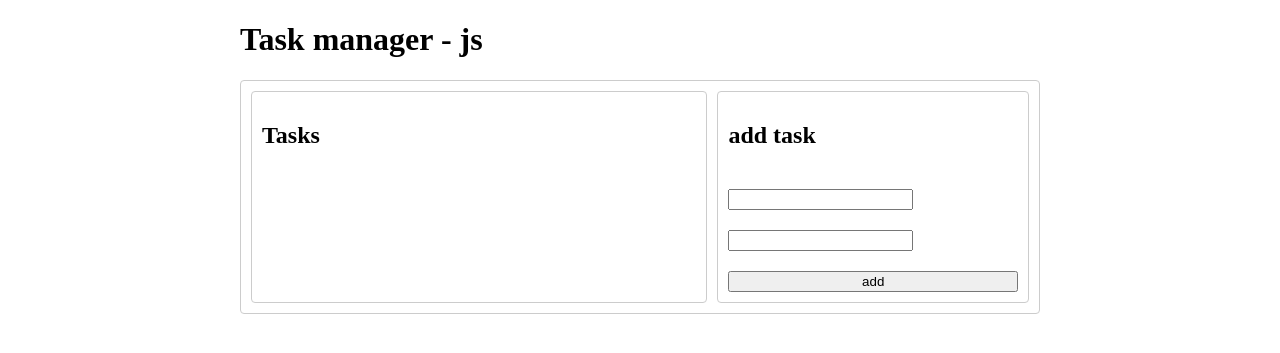
Repository: iKrekus/taskmgr-js
Page: index.html
The author's editor kept a copy of each file at every save. The page is drawn from the files as they stood at one save, then again after the next save.
The browser window is 1280 px wide. The pictures show the whole page.

Above is the page before, as saved 2024-03-15 13:29:01.

### index.html
<!DOCTYPE html>
<html>
<head>
  <meta charset='utf-8'>
  <meta http-equiv='X-UA-Compatible' content='IE=edge'>
  <title>Task manager - js</title>
  <meta name='viewport' content='width=device-width, initial-scale=1'>
  <link rel='stylesheet' type='text/css' media='screen' href='style.css'>
</head>
<body>
<main class="task-mgr">
  <h1>Task manager - js</h1>
  <div class="task-mgr__container container">
    <div class="task-mgr__tasks-box container">
      <h2>Tasks</h2>
      <ul class="task-mgr__list">
      </ul>
    </div>
    <div class="task-mgr__add-task container">
      <h2>add task</h2>
      <label for="title">
        <input type="text" name="title" id="task-title" class="task-mgr__field">
      </label>
      <label for="description">
        <input type="text" name="description" id="task-description" class="task-mgr__field">
      </label>
      <button type="button" class="btn btn__add" id="btn-add">add</button>
    </div>
  </div>
</main>
<template id="task-tmpl">
  <li>
  <p class="task-title"></p>
  <p class="task-description"></p>
  <button type="button" class="btn btn__remove">Clear</button>
  </li>
</template>
<script src='app.js'></script>
</body>
</html>

### style.css
.task-mgr {
  max-width: 800px;
  margin: 0 auto;
}

li {
  list-style-type: none;
  padding: 0;
}

.task-mgr__container {
  display: flex;
  gap: 10px;
}

.task-mgr__tasks-box {
  width: 60%;
}

.task-mgr__add-task {
  width: 40%;
  display: flex;
  flex-direction: column;
  gap: 20px;
}

.task-mgr-btn {
  width: 100%;
}

.container {
  border: 1px solid #cccccc;
  border-radius: 4px;
  padding: 10px;
}

### app.js
const taskTitleField = document.querySelector('#task-title');
const taskDescriptionField = document.querySelector('#task-description');
const buttonAdd = document.querySelector('#btn-add');
const taskTitle = document.querySelector('.task-mgr__list');
const taskTemplate = document.querySelector('#task-tmpl').content;

buttonAdd.addEventListener('click', function () {
  if (taskTitleField.value && taskDescriptionField.value) {
  createTask(taskTitleField.value, taskDescriptionField.value);
  clear();
  }

})

function clear(){
  taskTitleField.value='';
  taskDescriptionField.value='';
};

function createTask (name, description) {
  const task = taskTemplate.cloneNode(true);
  task.querySelector('.task-title').textContent = name;
  task.querySelector('.task-description').textContent = description;
  task.querySelector('.btn__remove').addEventListener('click', function(){
    this.closest('LI').remove();
  });
  renderTask(task)
}

function renderTask (task) {
  const taskElement = document.createDocumentFragment();
  taskElement.append(task);
  taskTitle.append(taskElement);
}

After the next save:
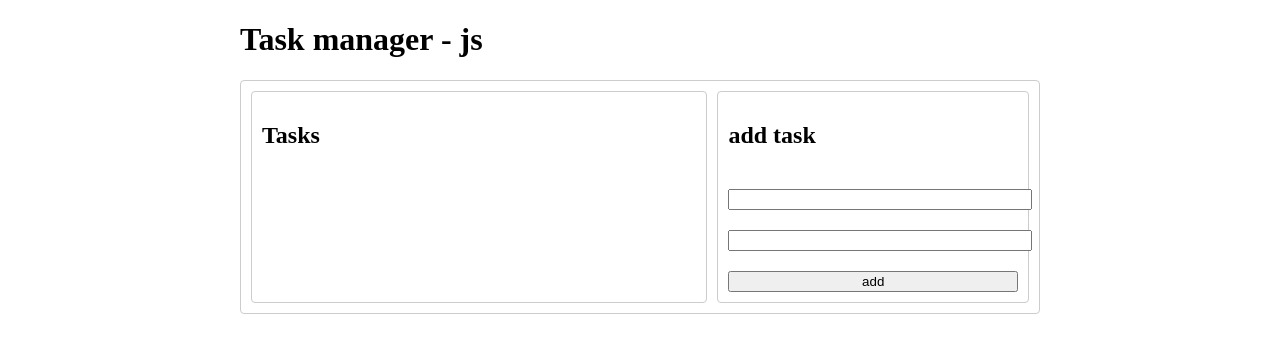
Saved 2 min 49 s later.
--- a/style.css
+++ b/style.css
@@ -22,6 +22,12 @@
   display: flex;
   flex-direction: column;
   gap: 20px;
+
+}
+
+.task-mgr__field {
+  width: 100%;
+  padding: 1px 5px;
 }
 
 .task-mgr-btn {

After the 2 saves that followed:
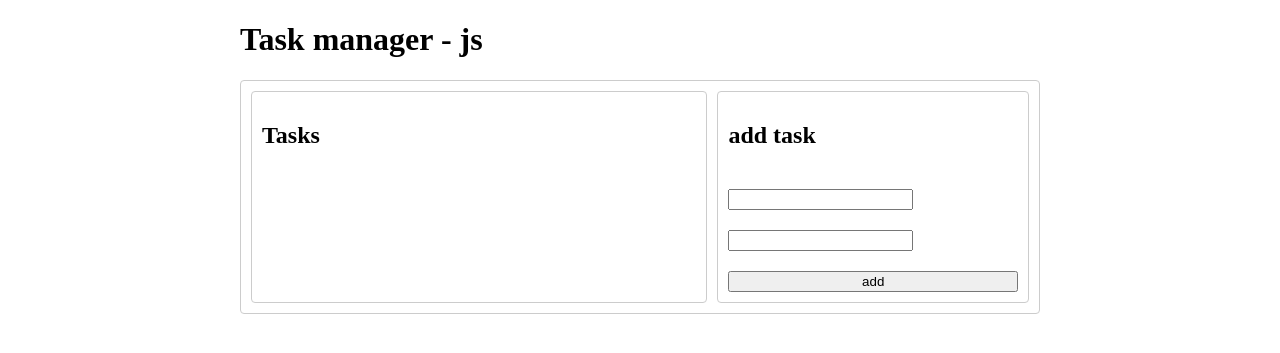
The 2 saves are shown as one change because 1 left the picture as it was.
The last was saved 5 min 28 s later.
--- a/style.css
+++ b/style.css
@@ -25,10 +25,15 @@
 
 }
 
+.task-mgr__field label {
+  display: flex;
+  flex-direction: row;
+}
+/*
 .task-mgr__field {
   width: 100%;
   padding: 1px 5px;
-}
+} */
 
 .task-mgr-btn {
   width: 100%;
